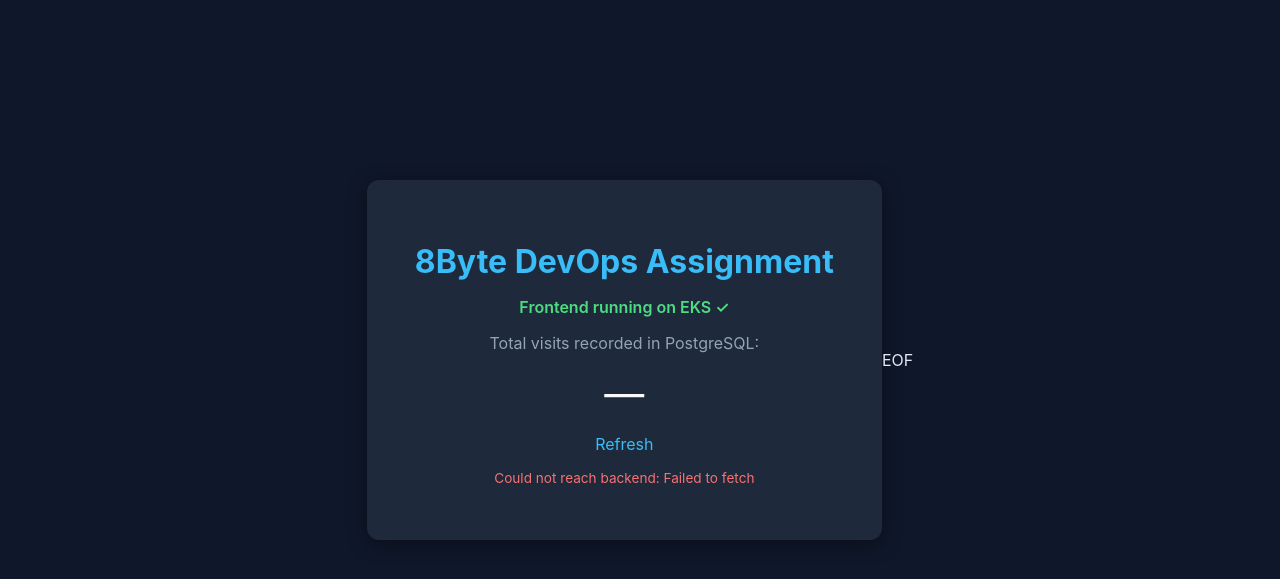
Repository: ParikshitNipanikar/8byte-devops-assignment
Page: app/frontend/index.html
The author's editor kept a copy of each file at every save. The page is drawn from the files as they stood at one save, then again after the next save.
The browser window is 1280 px wide. The pictures show the whole page.
The page's requests for data from a server got no answer.

Above is the page before, as saved 2026-08-29 19:26:30.

### app/frontend/index.html
<!DOCTYPE html>
<html>
<head>
  <title>8Byte Assignment</title>
  <link rel="stylesheet" href="style.css">
</head>
<body>
  <div class="card">
    <h1>8Byte DevOps Assignment</h1>
    <p class="status">Frontend running on EKS ✓</p>
    <p>Total visits recorded in PostgreSQL:</p>
    <div class="count" id="count">—</div>
    <p><a href="#" onclick="loadCount(); return false;">Refresh</a></p>
    <p class="error" id="error"></p>
  </div>
  <script src="app.js"></script>
</body>
</html>
EOF

### app/frontend/style.css
body {
  font-family: -apple-system, sans-serif;
  background: #0f172a;
  color: #e2e8f0;
  display: flex;
  align-items: center;
  justify-content: center;
  height: 100vh;
  margin: 0;
}
.card {
  background: #1e293b;
  padding: 2.5rem 3rem;
  border-radius: 12px;
  text-align: center;
  box-shadow: 0 4px 20px rgba(0,0,0,0.4);
}
h1 { color: #38bdf8; margin-bottom: 0.5rem; }
.status { color: #4ade80; font-weight: 600; }
.count { font-size: 2.5rem; color: #f8fafc; margin: 1rem 0; }
p { color: #94a3b8; }
a { color: #38bdf8; text-decoration: none; }
.error { color: #f87171; font-size: 0.85rem; }

### app/frontend/app.js
async function loadCount() {
  const countEl = document.getElementById("count");
  const errorEl = document.getElementById("error");
  errorEl.textContent = "";
  try {
    const res = await fetch("/api/visits", { method: "POST" });
    const data = await res.json();
    if (data.status === "ok") {
      countEl.textContent = data.count;
    } else {
      errorEl.textContent = data.message;
    }
  } catch (e) {
    errorEl.textContent = "Could not reach backend: " + e.message;
  }
}
loadCount();

After the next save:
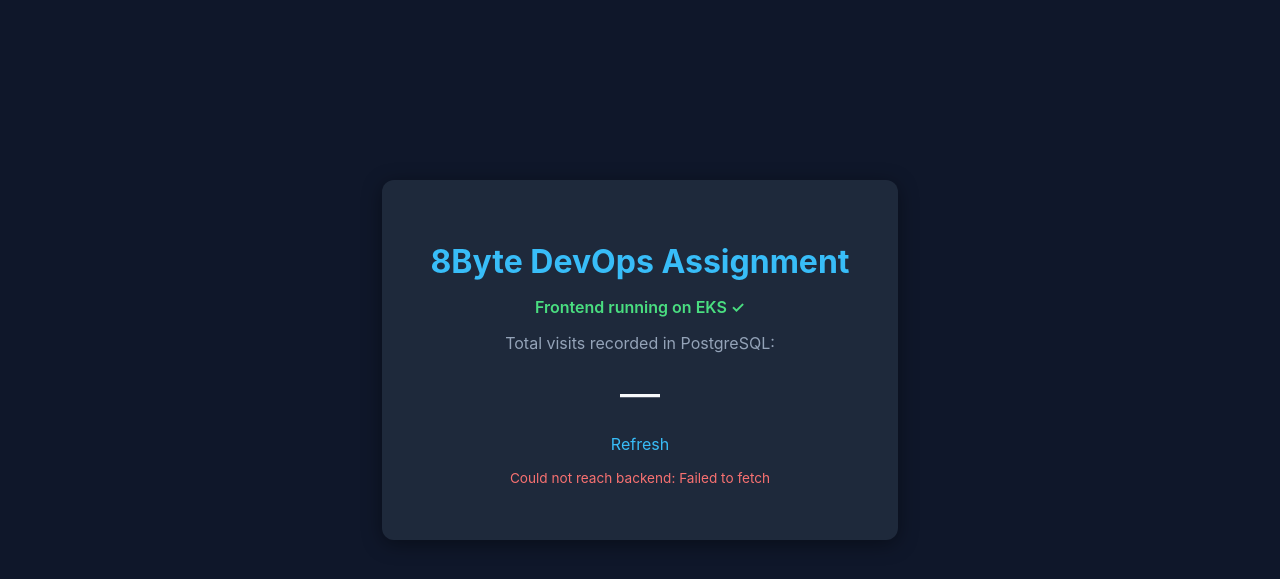
Saved 13 min 54 s later.
--- a/app/frontend/index.html
+++ b/app/frontend/index.html
@@ -16,4 +16,3 @@
   <script src="app.js"></script>
 </body>
 </html>
-EOF
